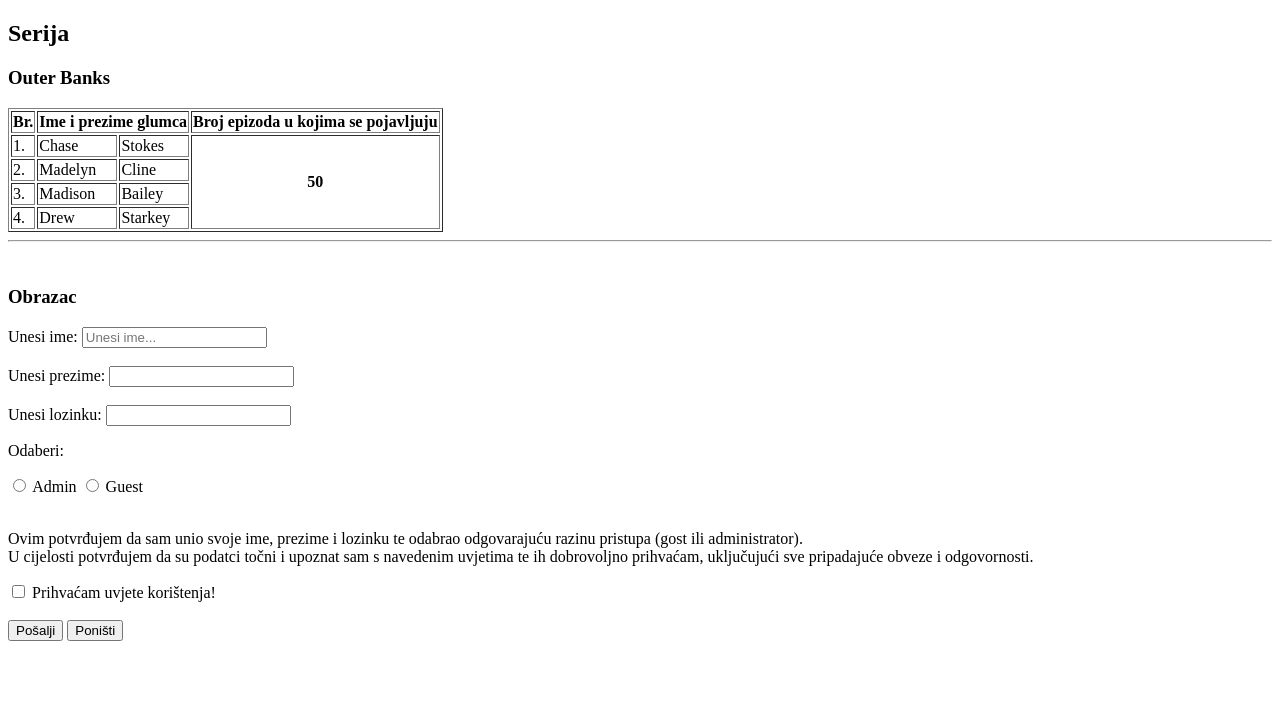
Repository: larabiondic/wp_biondic_lara
Page: Domace zadace/Zadaća.2.html
The author's editor kept a copy of each file at every save. The page is drawn from the files as they stood at one save, then again after the next save.
The browser window is 1280 px wide. The pictures show the whole page.

Above is the page before, as saved 2025-11-03 20:54:23.

After the next save:
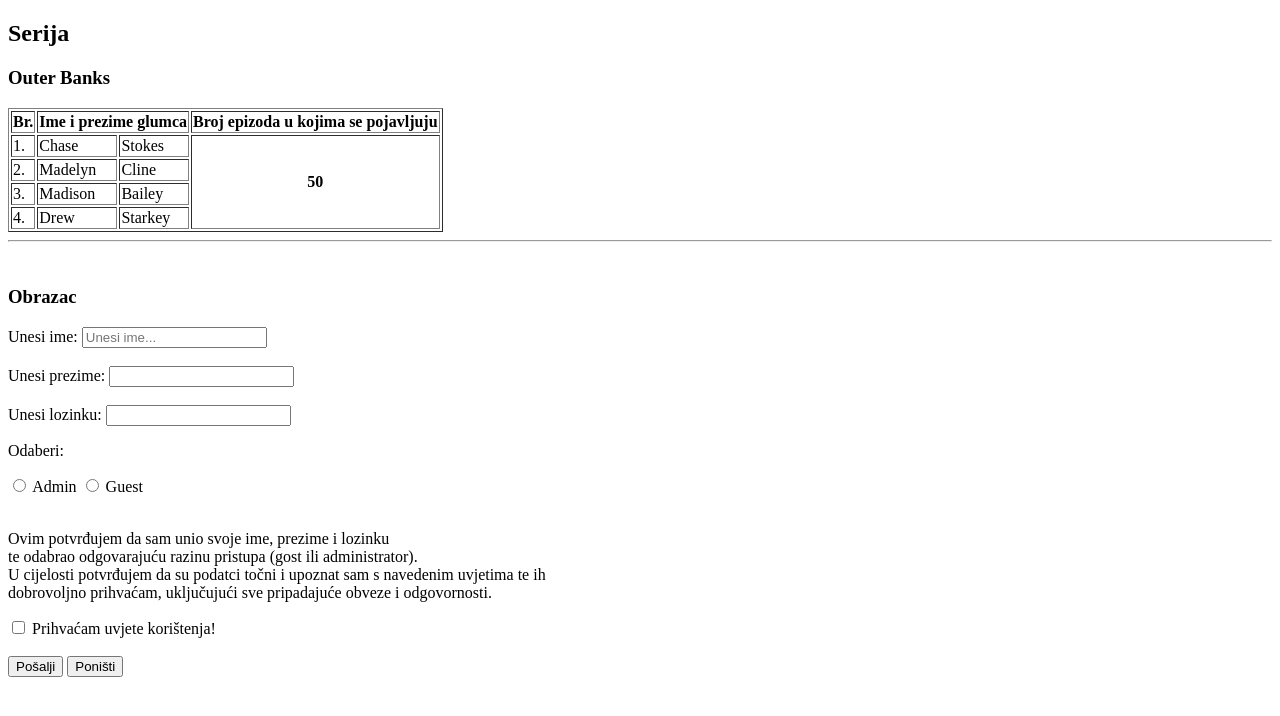
Saved 19 s later.
--- a/Domace zadace/Zadaća.2.html
+++ b/Domace zadace/Zadaća.2.html
@@ -65,9 +65,9 @@
         <br>
         <br>
         <p>Ovim potvrđujem da sam unio svoje ime,
-            prezime i lozinku te odabrao odgovarajuću razinu pristupa
+            prezime i lozinku <br>te odabrao odgovarajuću razinu pristupa
             (gost ili administrator). <br> U cijelosti potvrđujem da su podatci
-            točni i upoznat sam s navedenim uvjetima te ih dobrovoljno prihvaćam,
+            točni i upoznat sam s navedenim uvjetima te ih <br> dobrovoljno prihvaćam,
             uključujući sve pripadajuće obveze i odgovornosti.</p>
         <input type="checkbox" name="uvjeti korištenja" id="uvjeti korištenja">
         <label for="uvjeti korištenja">Prihvaćam uvjete korištenja!</label>
